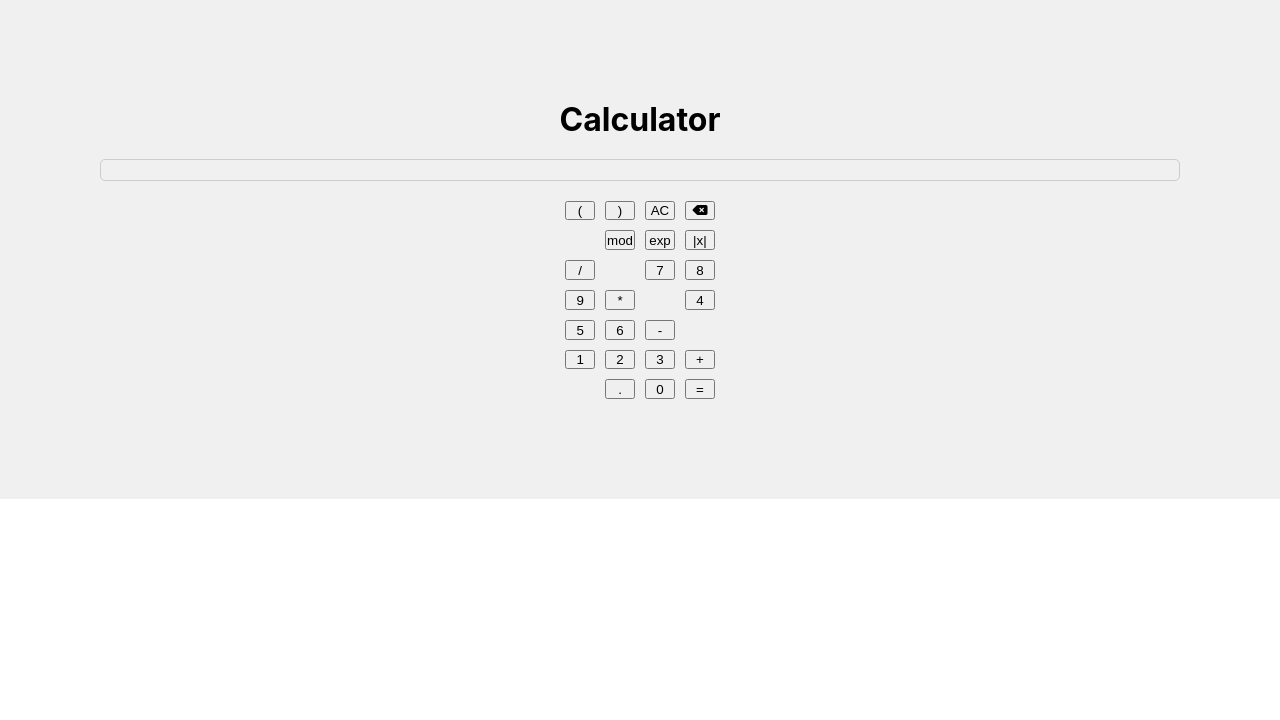
Repository: thesaherriaz/Calculator-React
Page: /
The author's editor kept a copy of each file at every save. The page is drawn from the files as they stood at one save, then again after a run of saves.
The browser window is 1280 px wide. The pictures show the whole page.
The project was rebuilt for these pictures with package versions that can differ from the ones it lists, and the page was loaded fresh each time.

Above is the page before, as saved 2025-06-18 15:32:31.

After the next 5 saves:
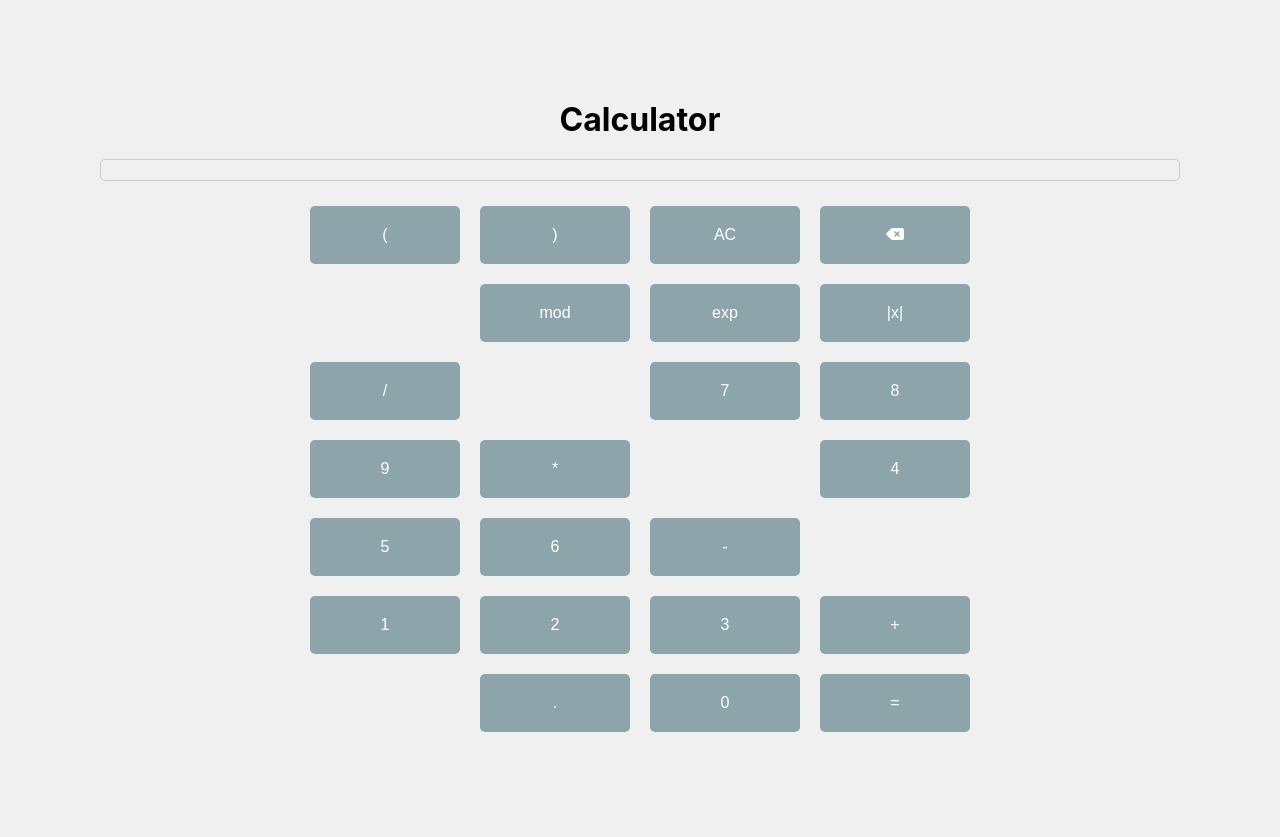
The 5 saves are shown as one change because 1 did not build or start and some came seconds apart.
The last was saved 26 s later.
--- a/src/compnents/Calculator.css
+++ b/src/compnents/Calculator.css
@@ -18,7 +18,7 @@
   grid-template-columns: repeat(4, 1fr);
   gap: 10px;
 }
-/* .btn-cal{
+.btn-cal{
   background-color: #8ea4ab;
   width: 150px;
   color: white;
@@ -29,7 +29,7 @@
   border-radius: 5px;
   margin: 5px;
   transition: background-color 0.3s ease;
-} */
+}
 
 .input {
   width: 100%;
